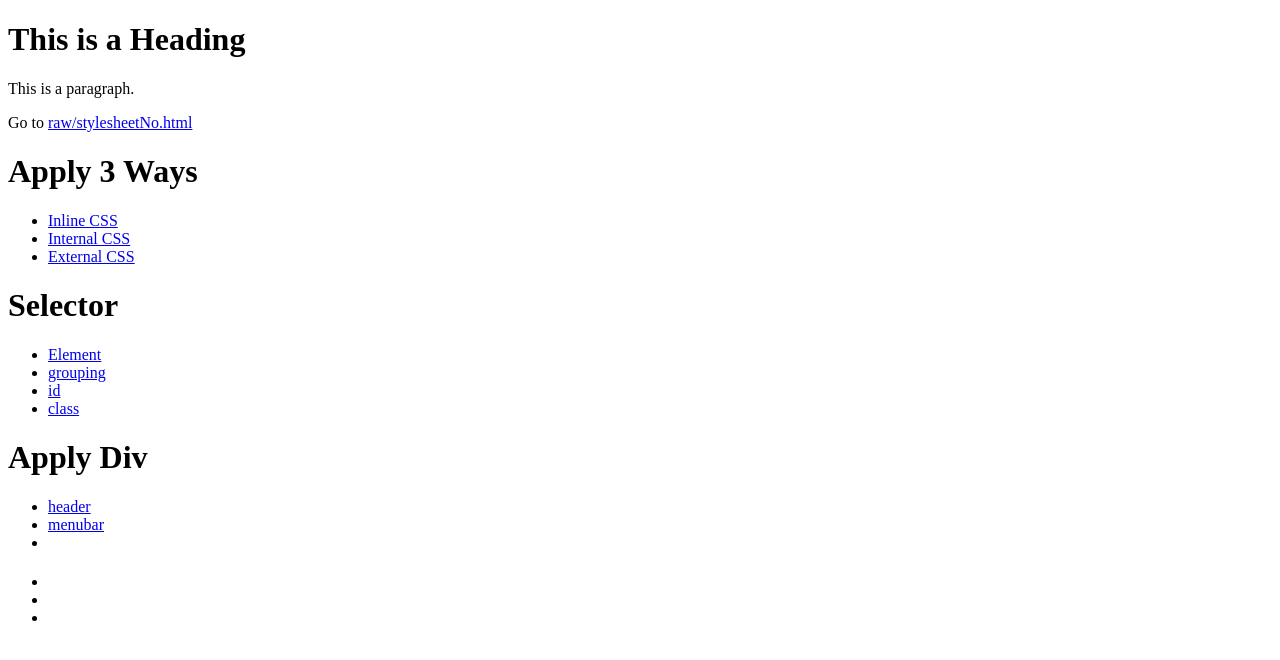
Repository: SanghunOh/learn_publising
Page: HtmlCss/WebContent/index.html
These files come from the project's save history. The page is drawn as it stood at one moment and after the next save; the edit follows.
The browser window is 1280 px wide. The pictures show the whole page.

Above is the page before, as saved 2018-05-05 05:16:26.

### HtmlCss/WebContent/index.html
<!DOCTYPE html>
<!-- HTML5 -->
<html>
<head>
<meta charset="UTF-8">
<title>Home</title>
</head>
<body>
	<h1>This is a Heading</h1>
	<p>This is a paragraph.</p>

	<p>Go to <a href="multiple/stylesheetNo.html">raw/stylesheetNo.html</a></p>

	<h1>Apply 3 Ways</h1>
	<ul>
		<li><a href="3ways/inline.html">Inline CSS</a></li>
		<li><a href="3ways/internal.html">Internal CSS</a></li>
		<li><a href="3ways/external.html">External CSS</a></li>
	</ul>

	<h1>Selector</h1>
	<ul>
		<li><a href="selector/element.html">Element</a></li>
		<li><a href="selector/grouping.html">grouping</a></li>
		<li><a href="selector/id.html">id</a></li>
		<li><a href="selector/class.html">class</a></li>
	</ul>

	<h1>Apply Div</h1>
	<ul id="menulist">
		<li class="menuitem"><a href="applyDiv/header.html">header</a></li>
		<li class="menuitem"><a href="applyDiv/menubar.html">menubar</a></li>
		<li class="menuitem"><a href="applyDiv/header.html"></a></li>
	</ul>

	<h1></h1>
	<ul id="menulist">
		<li class="menuitem"><a href=></a></li>
		<li class="menuitem"><a href=></a></li>
		<li class="menuitem"><a href=></a></li>
	</ul>
</body>
</html>

After the next save:
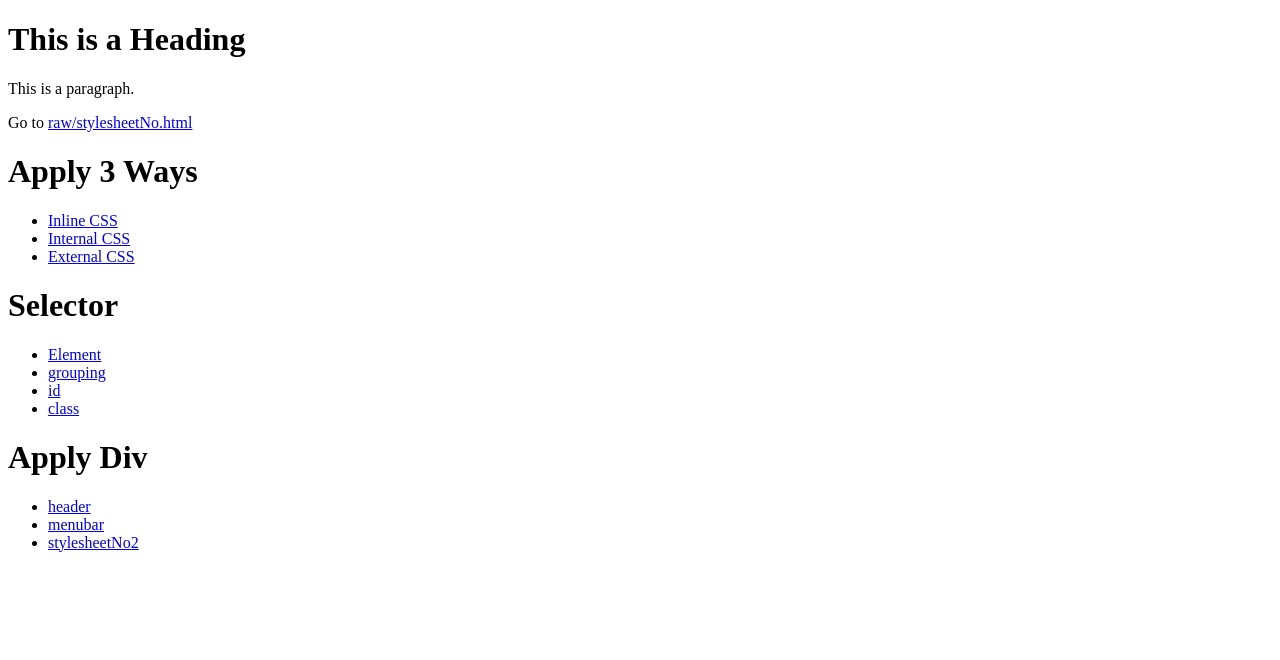
Saved 37 s later.
--- a/HtmlCss/WebContent/index.html
+++ b/HtmlCss/WebContent/index.html
@@ -30,14 +30,7 @@
 	<ul id="menulist">
 		<li class="menuitem"><a href="applyDiv/header.html">header</a></li>
 		<li class="menuitem"><a href="applyDiv/menubar.html">menubar</a></li>
-		<li class="menuitem"><a href="applyDiv/header.html"></a></li>
-	</ul>
-
-	<h1></h1>
-	<ul id="menulist">
-		<li class="menuitem"><a href=></a></li>
-		<li class="menuitem"><a href=></a></li>
-		<li class="menuitem"><a href=></a></li>
+		<li class="menuitem"><a href="applyDiv/stylesheetNo2.html">stylesheetNo2</a></li>
 	</ul>
 </body>
 </html>
